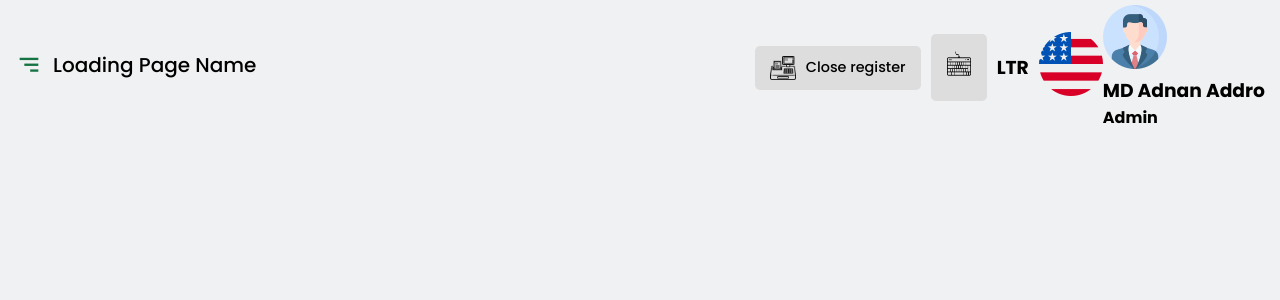
Repository: codebyaddro/pos-navbar
Page: index.html
These files come from the project's save history. The page is drawn as it stood at one moment and after a run of saves; the edit follows.
The browser window is 1280 px wide. The pictures show the whole page.

Above is the page before, as saved 2025-02-13 16:04:55.

### index.html
<!DOCTYPE html>
<html lang="en">
<head>
    <meta charset="UTF-8">
    <meta name="viewport" content="width=device-width, initial-scale=1.0">
    <!-- CSS -->
    <link rel="stylesheet" href="/css/style.css">
    <!-- Icons -->
    <link href='https://unpkg.com/boxicons@2.1.4/css/boxicons.min.css' rel='stylesheet'>
    <title>Navbar - Block</title>
</head>
<body style="background-color: #f0f1f2;">
    <nav class="cba-nav-container">
        <div class="cba-nav-side-menu-toggle-icon-loading-pagename">
            <div class="cba-nav-side-menu-toggle-icon">
                <!-- toggle first icon -->
                <i class='t-icon-open bx bx-menu-alt-right' id="iconDisplay" onclick="toggleIcon()"></i>
                <!-- toggle second icon -->
                <!-- <i class='t-icon-close bx bx-menu-alt-left' id="iconDisplay" onclick="toggleIcon()"></i> -->
                <!--todo: one of the toggle icon should be commented-->
            </div>
            <div class="cba-nav-loading-pagename">
                <h3>Loading Page Name</h3>
            </div>
        </div>
        <div class="cba-nav-features-user-logo-name">
            <div class="cba-nav-features">
                <div class="cba-nav-close-counter">
                    <img src="/img/cash-register.png" alt="cash-register-img">
                    <h3>Close register</h3>
                </div>
                <div class="cba-nav-keyboard-shortcut"><!--! hgh-->
                    <img src="/img/computer-keyboard.png" alt="keyboard-img">
                </div>
                <div class="cba-nav-ltr-rtl-switch">
                    <h3><span id="text">LTR</span></h3>
                </div>
                <div class="cba-nav-lang-switch" onclick="toggleImage()">
                    <img src="/img/united-states.png" title="English" alt="united-state-flag" id="image">
                </div>
            </div>
            <div class="cba-nav-user-logo-name">
                <div class="cba-nav-user-logo">
                    <img src="/img/User.png" alt="user-img">
                </div>
                <div class="cba-nav-user-name">
                    <div class="cba-nav-user-name">
                        <h3>MD Adnan Addro</h3>
                    </div>
                    <div class="cba-nav-user-role">
                        <h4>Admin</h4>
                    </div>
                </div>
            </div>
        </div>
    </nav>
    <!-- Javascript -->
    <script src="/script/main.js"></script>
</body>
</html>

### css/style.css
/* -- fonts -- */
@import url('https://fonts.googleapis.com/css2?family=Poppins:ital,wght@0,100;0,200;0,300;0,400;0,500;0,600;0,700;0,800;0,900;1,100;1,200;1,300;1,400;1,500;1,600;1,700;1,800;1,900&family=Raleway:ital,wght@0,100..900;1,100..900&family=Roboto:ital,wght@0,100;0,300;0,400;0,500;0,700;0,900;1,100;1,300;1,400;1,500;1,700;1,900&family=VT323&display=swap');

/* -- root -- */

:root {
    --gray-white: #F0F1F2; /* For body*/
    --white: #FFFFFF;
    --black: #000000;
    --gray-black: #DDDDDD;
    --light-black: #212523;
    --light-black-op: #21252350;
    --main-green: #157343;
    --main-light: #37A000;
    --light-orange: #FD7E14;
    --green: #008000;
    --light-green: #e9f6ec;
    --red: #FF0000;
    --light-red: #fbeaec;
}

/* -- universal style -- */

* {
    margin: 0;
    padding: 0;
    box-sizing: border-box;
    font-family: "Poppins", serif;
}

/* -- web app cursor element selection style -- */

::selection {
    color: var(--white);
    background-color: var(--main-light);
}

/* -- nav container style -- */

.cba-nav-container {
    display: flex;
    justify-content: space-between;
    align-items: center;
    padding: 5px 15px;
}

/* -- nav side menu toggle icon and loading pagename style -- */

.cba-nav-side-menu-toggle-icon-loading-pagename {
    display: flex;
    gap: 10px;
    align-items: center;
}

/* -- nav side menu toggle icon style -- */

.t-icon-open {
    color: var(--main-green);
    font-size: 1.75rem;
    cursor: pointer;
}

.t-icon-close {
    color: var(--main-green);
    font-size: 1.75rem;
    cursor: pointer;
}

/* -- nav loading pagename style -- */

.cba-nav-loading-pagename h3 {
    color: var(--black);
    font-size: 1.25rem;
    font-weight: 500;
    margin-top: -5px;
}

/* -- nav features and user logo name style -- */

.cba-nav-features-user-logo-name {
    display: flex;
    /* gap: 10px; */
    align-items: center;
}

/* -- nav features style -- */

.cba-nav-features {
    display: flex;
    gap: 10px;
    align-items: center;
}

/* -- nav close counter style -- */

.cba-nav-close-counter {
    display: flex;
    gap: 10px;
    align-items: center;
    background-color: var(--gray-black);
    padding: 10px 15px;
    border-radius: 5px;
    cursor: pointer;
}

.cba-nav-close-counter img {
    height: 24px;
    width: 26px;
    cursor: pointer;
}

.cba-nav-close-counter h3 {
    color: var(--black);
    font-size: 0.9rem;
    font-weight: 500;
}

/* -- nav keyboard shortcut style -- */

.cba-nav-keyboard-shortcut {
    background-color: var(--gray-black);
    padding: 10px 15px;
    border-radius: 5px;
    cursor: pointer;
}

.cba-nav-keyboard-shortcut img {
    height: 40px;
    width: 26px;
}

### script/main.js
// JS function for Side Navigation Bar Toggle

function toggleIcon() {
    let icon = document.getElementById("iconDisplay");

    if (icon.classList.contains("bx-menu-alt-right")) {
        icon.classList.remove("bx-menu-alt-right");
        icon.classList.add("bx-menu-alt-left"); // Change to user alt left icon
    } else {
        icon.classList.remove("bx-menu-alt-left");
        icon.classList.add("bx-menu-alt-right"); // Change back to alt right icon
    }
}

// End of Side Navigation Bar Toggle

After the next 6 saves:
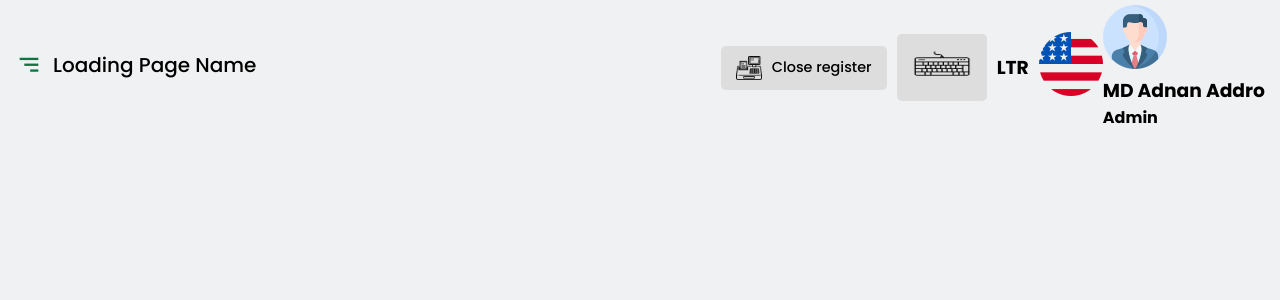
The 6 saves are shown as one change because they came seconds apart.
The last was saved 15 s later.
--- a/css/style.css
+++ b/css/style.css
@@ -126,5 +126,5 @@
 
 .cba-nav-keyboard-shortcut img {
     height: 40px;
-    width: 26px;
+    width: 60px;
 }
